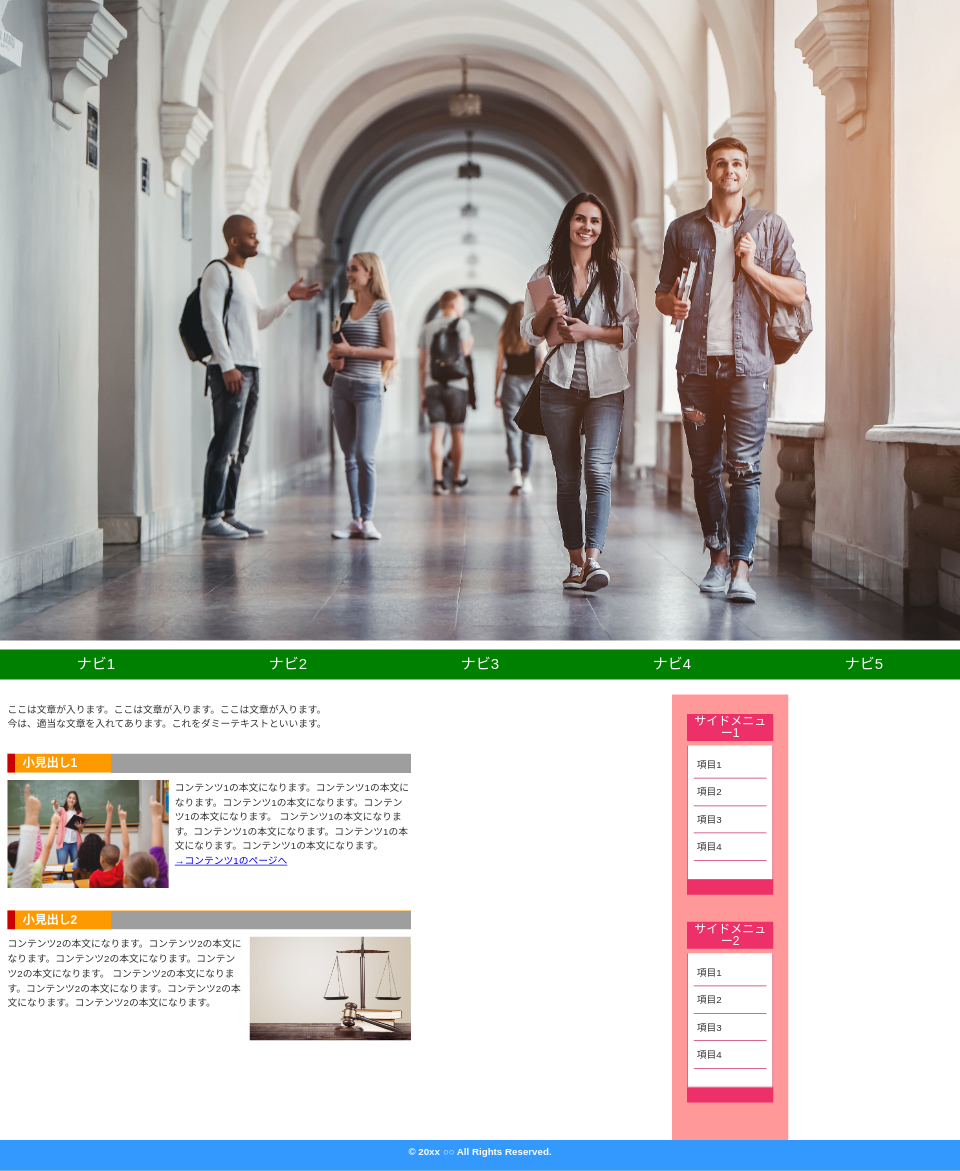
Repository: kohta3/samurai_HTML-CSS
Page: home/home.html
The author's editor kept a record of every edit. The page is drawn from the files as they stood at one moment, then again after the next edit.
The browser window is 1280 px wide. The pictures show the whole page, at 75% of full size.
Pictures or frames that could not be fetched are drawn as grey boxes.

Above is the page before.

### home/home.html
<!DOCTYPE html>
<html lang="ja">
    <head>
        <meta charset="UTF-8">
        <title>HTML/CSSの学習</title>
        <link rel="stylesheet" href="stylesheet.css">
    </head>
    <body>
        <div id="header">
            <h1><a href="index.html"><img id="corridor" src="images/corridor.jpg" alt="大学の廊下" /></a></h1>
        </div>
        <div id="wrapper">
            <div id="nav">
                <ul>
                    <li><a href="home.html">ナビ1</a></li>
                    <li><a href="#">ナビ2</a></li>
                    <li><a href="#">ナビ3</a></li>
                    <li><a href="#">ナビ4</a></li>
                    <li><a href="#">ナビ5</a></li>
                </ul>
            </div>
            <div id="container">
                <div id="main">
                    <div class="post">
                        <p>ここは文章が入ります。ここは文章が入ります。ここは文章が入ります。<br />今は、適当な文章を入れてあります。これをダミーテキストといいます。</p>
                    </div>
                    <div class="post clearfix">
                        <h2>小見出し1</h2>
                        <img class="left" src="images/classroom.jpg" alt="授業風景" />
                        <p>
                            コンテンツ1の本文になります。コンテンツ1の本文になります。コンテンツ1の本文になります。コンテンツ1の本文になります。
                            コンテンツ1の本文になります。コンテンツ1の本文になります。コンテンツ1の本文になります。コンテンツ1の本文になります。
                        </p>
                        <p><a href="#">→コンテンツ1のページへ</a></p>
                    </div>
                    <div class="post clearfix">
                        <h2>小見出し2</h2>
                        <img class="right" src="images/scale.jpg" alt="天秤" />
                        <p>
                            コンテンツ2の本文になります。コンテンツ2の本文になります。コンテンツ2の本文になります。コンテンツ2の本文になります。
                            コンテンツ2の本文になります。コンテンツ2の本文になります。コンテンツ2の本文になります。コンテンツ2の本文になります。
                        </p>
                    </div>
                </div>
                <div id="side">
                    <div class="box">
                        <h2>サイドメニュー1</h2>
                        <div class="boxBody">
                            <ul>
                                <li>項目1</li>
                                <li>項目2</li>
                                <li>項目3</li>
                                <li>項目4</li>
                            </ul>
                        </div>
                    </div>
                    <div class="box">
                        <h2>サイドメニュー2</h2>
                        <div class="boxBody">
                            <ul>
                                <li>項目1</li>
                                <li>項目2</li>
                                <li>項目3</li>
                                <li>項目4</li>
                            </ul>
                        </div>
                    </div>
                </div>
            </div>
        </div>
        <div id="footer">
            <p>&copy; 20xx ○○ All Rights Reserved.</p>
        </div>
    </body>
</html>

### home/stylesheet.css
@charset "utf-8";

body {
	margin: 0;
	padding: 0;
	font-family: "ヒラギノ角ゴ Pro W3", "Hiragino Kaku Gothic Pro", "メイリオ", Meiryo, Osaka, "ＭＳ Ｐゴシック", "MS PGothic", sans-serif;
	color: #333;
	font-size: 13px;
	line-height: 150%;
}

/* -------------------- wrapper -------------------- */
#wrapper {
	width: 100%;
	margin: auto;
	padding: 0px;
	border: 0px;
	background-color: #FFF;
	top: 10px;
	position: relative;
}

/* -------------------- header -------------------- */
#header {
	width: 100%;
}
#header h1 {
	margin: 0;
	padding: 0;
}

#corridor {
	width: 100%;
	height: auto;
}

/* -------------------- footer -------------------- */
#footer {
	clear: both;
	width: 100%;
	padding: 3px 0 3px 0;
	background: #39F;
	color: #FFF;
	font-weight: bold;
	text-align: center;
}

/* -------------------- nav -------------------- */
#nav {
	width: 100%;
}
#nav ul {
	display: flex;
	margin: 0;
	padding: 0;
	list-style-type: none;
}
#nav ul li {
	width: 20%;
	text-align: center;
}
#nav ul li a {
	display: block;
	height: 20px;
	margin: 0;
	padding: 10px;
	color: #FFF;
	font-size: 20px;
	text-decoration: none;
	background-color: green;
}

#nav ul li a:hover {
	 filter: drop-shadow(10px 10px 10px black);
 }

/* -------------------- container -------------------- */
#container {
	width: 100%;
	margin: auto ;
	padding: auto;
	padding-top: 20px;
	clear: both;
	display: grid;
    grid-template-columns: 70vw 30vw;
}
/* -------------------- main -------------------- */
#main {
	float: left;
	width: 60%;
	padding: 10px 30px 10px 10px;
}
#main h2 {
	margin: 0 0 10px 0;
	padding: 3px 10px 3px 10px;
	color: #FFF;
	font-size: 16px;
	border-left: solid 10px #C00;
	background: #F90 url(../images/main_h2.jpg) right top repeat-y;
}
#main p {
	margin: 0;
	padding: 0;
}
#main .post {
	margin: 0 0 30px 0;
}

#main .post img.right {
	margin: 0 0 0 8px;
}
#main .post img.left {
	margin: 0 8px 0 0;
}

.right {
	float: right;
	width: 40%;
	height: auto;
}
.left {
	float: left;
	width: 40%;
	height: auto;
}

/* -------------------- clearfix -------------------- */
.clearfix {
	zoom: 1;
}
.clearfix:after{
	content: "";
	display: block;
	clear: both;
}

/* -------------------- side -------------------- */
#side {
	float: right;
	width: 30%;
	padding: 20px;
	background-color: #F99;
}
#side .box {
	margin: 0 auto 30px auto;
	padding: 0 0 20px 0;
	background: url(images/side_box.png) bottom no-repeat;
}
#side .box h2 {
	margin: 0;
	padding: 8px;
	text-align: center;
	color: #fff;
	font-size: 16px;
	line-height: 16px;
	font-weight: normal;
	background: url(images/side_box_h2.png) center no-repeat;
}
#side .box .boxBody {
	padding: 8px;
	border-right: solid 1px #C36;
	border-bottom: solid 1px #C36;
	border-left: solid 1px #C36;
	background: #fff;
}
#side .box .boxBody ul {
	margin: 0 0 16px 0;
	padding: 0;
}
#side .box .boxBody ul li {
	padding: 8px 0 8px 4px;
	list-style: none;
	border-bottom: solid 1px #C36;
}
#side .box .boxBody ul li:hover {
	 padding: 8px 0 8px 4px;
	 list-style: none;
	 border-bottom: solid 1px #C36;
	 box-shadow: 0px 4px 4px rgba(0, 0, 0, 0.3);
}

After the next edit:
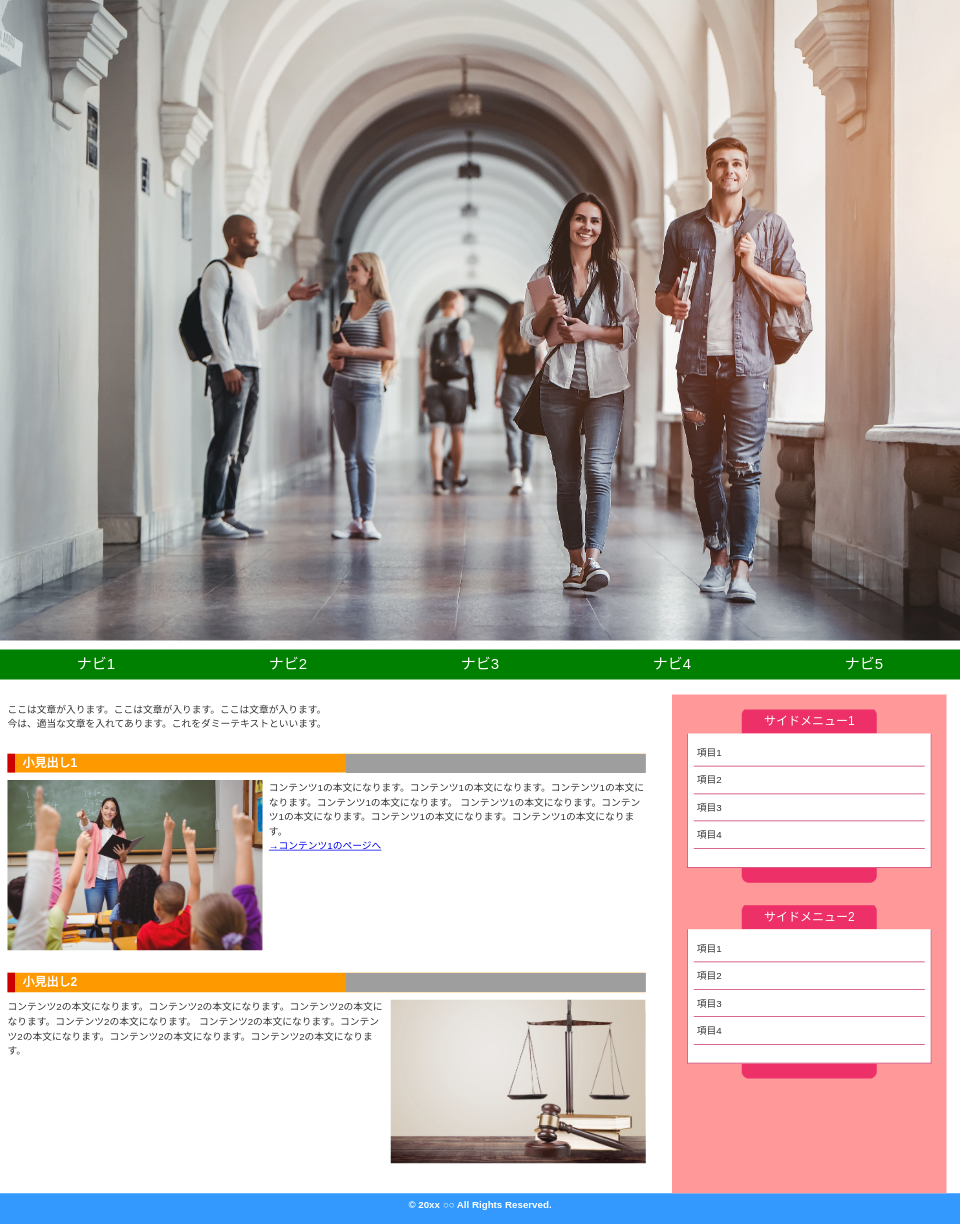
The edit:
--- a/home/stylesheet.css
+++ b/home/stylesheet.css
@@ -71,8 +71,8 @@
 }
 
 #nav ul li a:hover {
-	 filter: drop-shadow(10px 10px 10px black);
- }
+	filter: drop-shadow(10px 10px 10px black);
+}
 
 /* -------------------- container -------------------- */
 #container {
@@ -82,12 +82,11 @@
 	padding-top: 20px;
 	clear: both;
 	display: grid;
-    grid-template-columns: 70vw 30vw;
+	grid-template-columns: 70vw 30vw;
 }
 /* -------------------- main -------------------- */
 #main {
-	float: left;
-	width: 60%;
+	width: 95%;
 	padding: 10px 30px 10px 10px;
 }
 #main h2 {
@@ -136,8 +135,7 @@
 
 /* -------------------- side -------------------- */
 #side {
-	float: right;
-	width: 30%;
+	width: 85%;
 	padding: 20px;
 	background-color: #F99;
 }
@@ -172,9 +170,10 @@
 	list-style: none;
 	border-bottom: solid 1px #C36;
 }
+
 #side .box .boxBody ul li:hover {
-	 padding: 8px 0 8px 4px;
-	 list-style: none;
-	 border-bottom: solid 1px #C36;
-	 box-shadow: 0px 4px 4px rgba(0, 0, 0, 0.3);
+	padding: 8px 0 8px 4px;
+	list-style: none;
+	border-bottom: solid 1px #C36;
+	box-shadow: 0px 4px 4px rgba(0, 0, 0, 0.3);
 }
